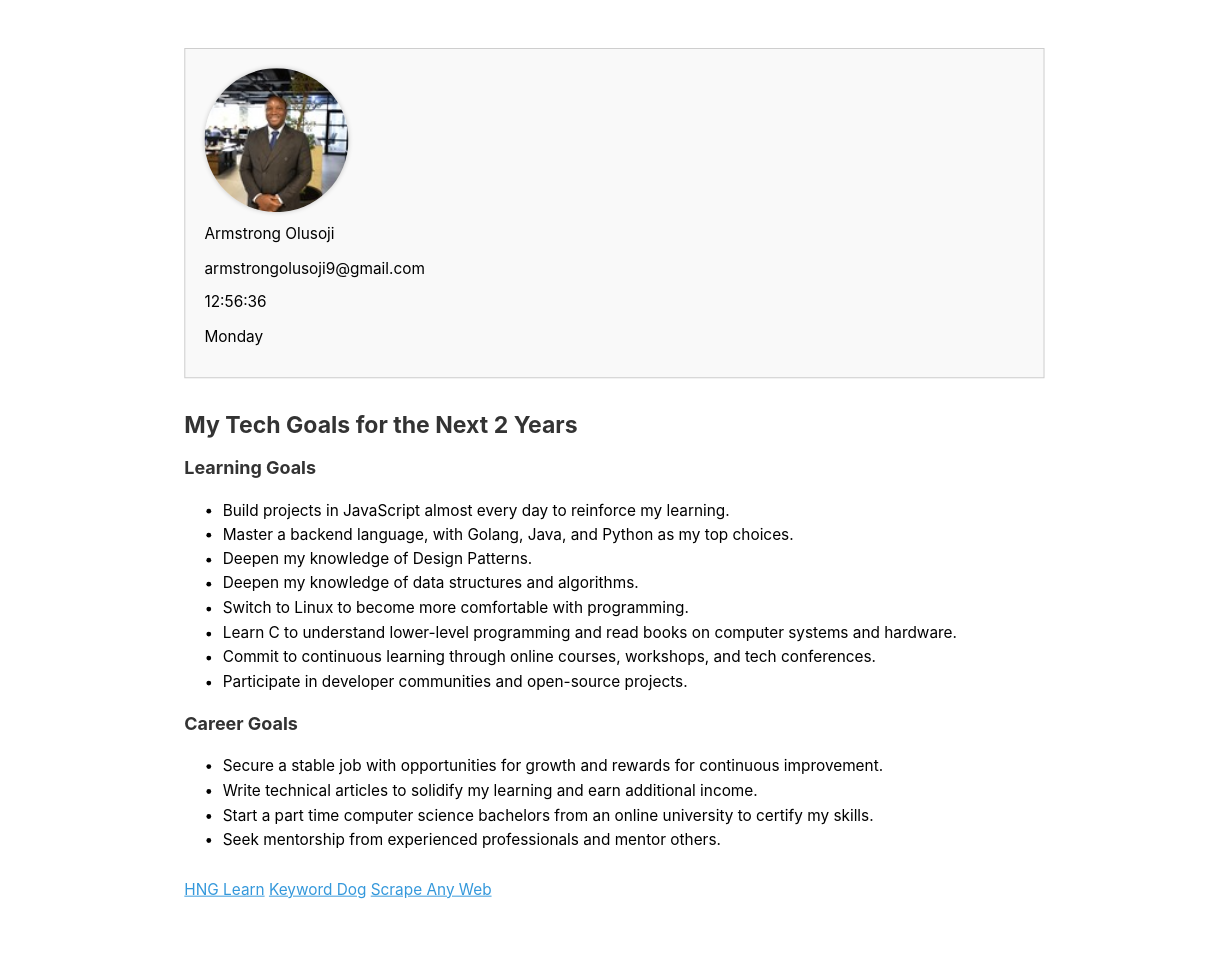
Repository: Armstrong2035/hng-project-one
Page: index.html
An editor plug-in stored every save of this project. The page is shown before and after the next save, followed by the edit.
The browser window is 1280 px wide. The pictures show the whole page, at 96% of full size.

Above is the page before, as saved 2024-07-01 17:46:42.

### index.html
<!DOCTYPE html>
<html>
  <head>
    <meta charset="utf-8" />
    <meta name="viewport" content="width=device-width" />
    <title>Armstrong Olusoji's Goals</title>
    <link href="style.css" rel="stylesheet" type="text/css" />
    <script src="script.js" defer></script>
  </head>
  <body>
    <div id="container">
      <div class="profile-card">
        <div class="profile-picture">
          <img
            src="Headshot.jpg"
            alt="Profile Picture"
            class="headshot"
            data-testid="slackProfilePicture"
          />
        </div>
        <div class="display-information">
          <p data-testid="slackDisplayName">Armstrong Olusoji</p>
          <p data-testid="slackEmail">armstrongolusoji9@gmail.com</p>
          <p data-testid="currentTimeUTC" id="current-time">Loading...</p>
          <p data-testid="currentDay" id="current-day">Loading...</p>
        </div>
      </div>

      <section id="my-goals">
        <h2>My Tech Goals for the Next 2 Years</h2>
        <div class="learning-goals">
          <h3>Learning Goals</h3>
          <ul>
            <li>
              Build projects in JavaScript almost every day to reinforce my
              learning.
            </li>
            <li>
              Master a backend language, with Golang, Java, and Python as my top
              choices.
            </li>
            <li>Deepen my knowledge of Design Patterns.</li>
            <li>Deepen my knowledge of data structures and algorithms.</li>
            <li>
              Switch to Linux to become more comfortable with programming.
            </li>
            <li>
              Learn C to understand lower-level programming and read books on
              computer systems and hardware.
            </li>
            <li>
              Commit to continuous learning through online courses, workshops,
              and tech conferences.
            </li>
            <li>
              Participate in developer communities and open-source projects.
            </li>
          </ul>
        </div>
        <div class="career-goals">
          <h3>Career Goals</h3>
          <ul>
            <li>
              Secure a stable job with opportunities for growth and rewards for
              continuous improvement.
            </li>
            <li>
              Write technical articles to solidify my learning and earn
              additional income.
            </li>
            <li>
              Start a part time computer science bachelors from an online
              university to certify my skills.
            </li>
            <li>
              Seek mentorship from experienced professionals and mentor others.
            </li>
          </ul>
        </div>
      </section>

      <section>
        <a href="https://hng.tech/learn" data-testid="hngLink">HNG Learn</a>
        <a href="https://keyword.dog" data-testid="keywordLink">Keyword Dog</a>
        <a href="https://scrapeanyweb.site" data-testid="scrapeanywebLink"
          >Scrape Any Web</a
        >
      </section>
    </div>
  </body>
</html>

### style.css
body {
  font-family: inter;
  line-height: 1.6;
  margin: 0;
  padding: 0;
  /* background: linear-gradient(to bottom right, #3498db, #2ecc71); */
}

#container {
  margin: 0 auto;
  max-width: 70%;
  padding: 50px;
  background-color: #fff;
  display: flex;
  flex-direction: column;
}

.profile-card {
  margin-bottom: 1.25rem;
  display: flex;
  flex-direction: column;
  align-items: flex-start;
  border: 1px solid #ccc;
  padding: 20px 20px;
  background-color: #f9f9f9;
}

.profile-picture {
  height: 9.375rem;
  width: 9.375rem;
  border-radius: 50%;
  overflow: hidden;
  align-self: flex-start;
  box-shadow: 0 0 5px rgba(0, 0, 0, 0.2);
}

.profile-picture .headshot {
  height: 100%;
  width: 100%;
  object-fit: cover;
}

.display-information p {
  margin: 0.625rem 0;
}

h2,
h3 {
  margin: 10px 0;
  color: #333;
}

a {
  display: inline-block;
  margin: 10px 0;
  color: #3498db;
}
@media (min-width: 600px) {
  main {
    max-width: 600px;
    margin: 0 auto;
  }
}

### script.js
function updateTime() {
  const now = new Date();
  const utcTime = now.toISOString().slice(11, 19);
  const day = now.toLocaleDateString("en-US", { weekday: "long" });
  document.getElementById("current-time").textContent = ` ${utcTime}`;
  document.getElementById("current-day").textContent = ` ${day}`;
}

setInterval(updateTime, 1000);
updateTime();

After the next save:
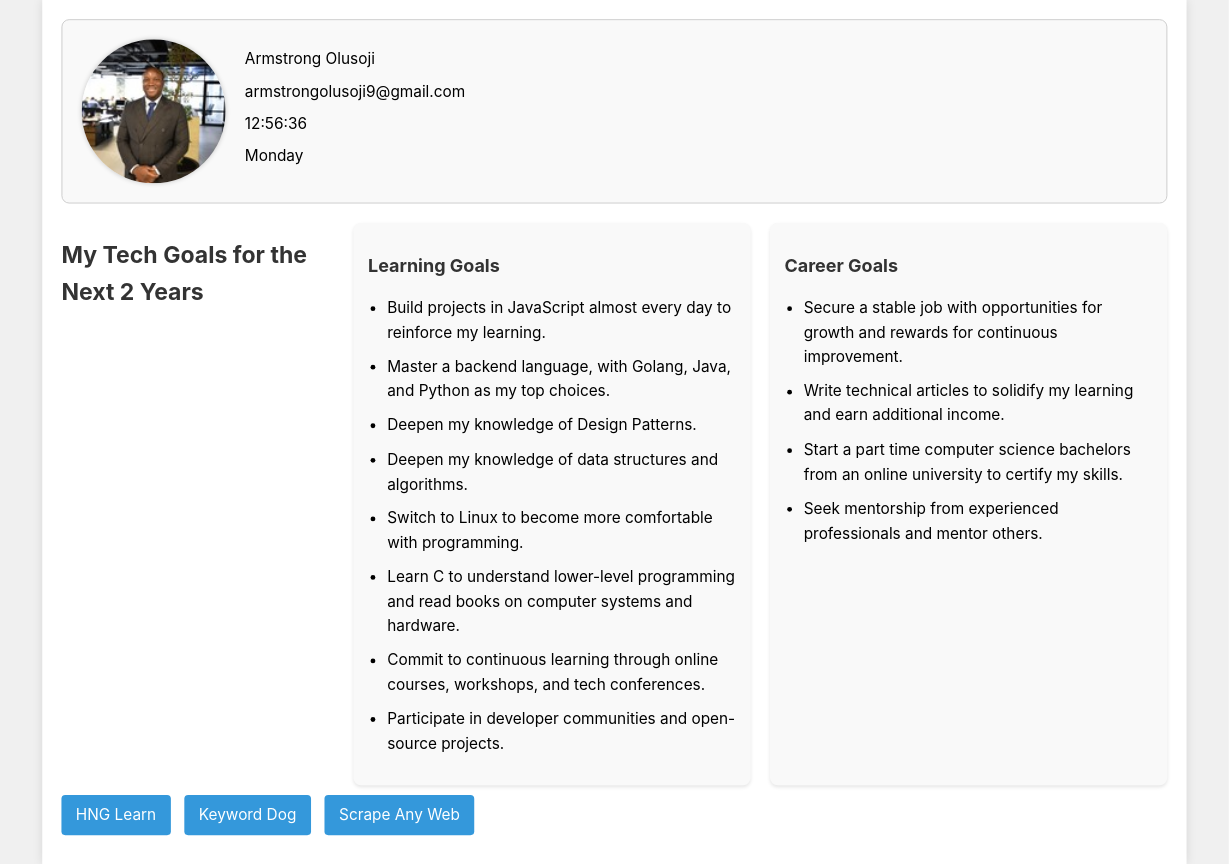
Saved 41 s later.
--- a/style.css
+++ b/style.css
@@ -1,36 +1,37 @@
 body {
-  font-family: inter;
+  font-family: "Inter", sans-serif;
   line-height: 1.6;
   margin: 0;
   padding: 0;
-  /* background: linear-gradient(to bottom right, #3498db, #2ecc71); */
+  background-color: #f0f0f0;
 }
 
 #container {
   margin: 0 auto;
-  max-width: 70%;
-  padding: 50px;
+  width: 90%;
+  max-width: 1200px;
+  padding: 20px;
   background-color: #fff;
-  display: flex;
-  flex-direction: column;
+  box-shadow: 0 0 10px rgba(0, 0, 0, 0.1);
 }
 
 .profile-card {
   margin-bottom: 1.25rem;
   display: flex;
   flex-direction: column;
-  align-items: flex-start;
+  align-items: center;
   border: 1px solid #ccc;
-  padding: 20px 20px;
+  padding: 20px;
   background-color: #f9f9f9;
+  border-radius: 8px;
 }
 
 .profile-picture {
-  height: 9.375rem;
-  width: 9.375rem;
+  height: 150px;
+  width: 150px;
   border-radius: 50%;
   overflow: hidden;
-  align-self: flex-start;
+  margin-bottom: 15px;
   box-shadow: 0 0 5px rgba(0, 0, 0, 0.2);
 }
 
@@ -40,24 +41,118 @@ body {
   object-fit: cover;
 }
 
+.display-information {
+  text-align: center;
+}
+
 .display-information p {
-  margin: 0.625rem 0;
+  margin: 0.5rem 0;
 }
 
 h2,
 h3 {
-  margin: 10px 0;
+  margin: 15px 0;
   color: #333;
+}
+
+#my-goals {
+  display: flex;
+  flex-direction: column;
+  gap: 20px;
+}
+
+.learning-goals,
+.career-goals {
+  background-color: #f9f9f9;
+  padding: 15px;
+  border-radius: 8px;
+  box-shadow: 0 2px 4px rgba(0, 0, 0, 0.1);
+}
+
+ul {
+  padding-left: 20px;
+}
+
+li {
+  margin-bottom: 10px;
 }
 
 a {
   display: inline-block;
-  margin: 10px 0;
-  color: #3498db;
+  margin: 10px 10px 10px 0;
+  padding: 8px 15px;
+  color: #fff;
+  background-color: #3498db;
+  text-decoration: none;
+  border-radius: 4px;
+  transition: background-color 0.3s ease;
 }
-@media (min-width: 600px) {
-  main {
-    max-width: 600px;
-    margin: 0 auto;
+
+a:hover {
+  background-color: #2980b9;
+}
+
+/* Responsive design */
+@media (min-width: 768px) {
+  .profile-card {
+    flex-direction: row;
+    align-items: flex-start;
+  }
+
+  .profile-picture {
+    margin-right: 20px;
+    margin-bottom: 0;
+  }
+
+  .display-information {
+    text-align: left;
+  }
+
+  #my-goals {
+    flex-direction: row;
+  }
+
+  .learning-goals,
+  .career-goals {
+    width: 48%;
   }
 }
+
+@media (max-width: 767px) {
+  #container {
+    width: 95%;
+    padding: 10px;
+  }
+
+  .profile-card {
+    padding: 15px;
+  }
+
+  h2 {
+    font-size: 1.5em;
+  }
+
+  h3 {
+    font-size: 1.2em;
+  }
+}
+
+@media (max-width: 480px) {
+  .profile-picture {
+    height: 120px;
+    width: 120px;
+  }
+
+  h2 {
+    font-size: 1.3em;
+  }
+
+  h3 {
+    font-size: 1.1em;
+  }
+
+  a {
+    display: block;
+    margin: 10px 0;
+  }
+}
